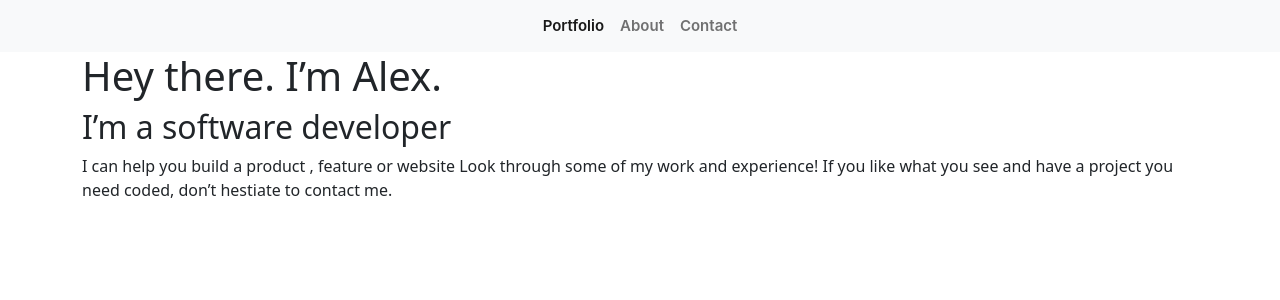
Repository: mustabbas/mustDico-Bootstrap
Page: index.html
These files come from the project's save history. The page is drawn as it stood at one moment and after the next save; the edit follows.
The browser window is 1280 px wide. The pictures show the whole page.

Above is the page before, as saved 2021-08-25 20:34:26.

### index.html
<!DOCTYPE html>
<html lang="en">
<head>
    <meta charset="UTF-8">
    <meta name="viewport" content="width=device-width, initial-scale=1.0">
    <meta http-equiv="X-UA-Compatible" content="ie=edge">
    <link rel="stylesheet" href="styles.css" />
    <title>MustDico's-Portfolio</title>
    <!-- CSS only -->
<link href="https://cdn.jsdelivr.net/npm/bootstrap@5.1.0/dist/css/bootstrap.min.css" rel="stylesheet" integrity="sha384-KyZXEAg3QhqLMpG8r+8fhAXLRk2vvoC2f3B09zVXn8CA5QIVfZOJ3BCsw2P0p/We" crossorigin="anonymous">
</head>
<body>
    <nav class="navbar navbar-expand-lg navbar-light bg-light">
        <div class="container-fluid">
          <button class="navbar-toggler" type="button" data-bs-toggle="collapse" data-bs-target="#navbarNav" aria-controls="navbarNav" aria-expanded="false" aria-label="Toggle navigation">
            <span class="navbar-toggler-icon"></span>
          </button>
          <div class="collapse navbar-collapse justify-content-center" id="navbarNav">
            <ul class="navbar-nav">
              <li class="nav-item">
                <a class="nav-link active" aria-current="page" href="#">Portfolio</a>
              </li>
              <li class="nav-item">
                <a class="nav-link" href="#">About</a>
              </li>
              <li class="nav-item">
                <a class="nav-link" href="#">Contact</a>
              </li>
            </ul>
          </div>
        </div>
      </nav>
      <section class="container justify-content-center">
            <h1>Hey there. I’m Alex.</h1>
            <h2>I’m a software developer</h2>
            <p> I can help you build a product , feature or website Look through some of my work and experience! If you like what you see and have a project you need coded,
                don’t hestiate to contact me.</p>
      </section>

    <!-- JavaScript Bundle with Popper -->
<script src="https://cdn.jsdelivr.net/npm/bootstrap@5.1.0/dist/js/bootstrap.bundle.min.js" integrity="sha384-U1DAWAznBHeqEIlVSCgzq+c9gqGAJn5c/t99JyeKa9xxaYpSvHU5awsuZVVFIhvj" crossorigin="anonymous"></script>
</body>
</html>

### styles.css

.nav-item {
    font-family: Inter;
    font-style: normal;
    font-weight: 600;
    font-size: 15px;
    line-height: 20px;
    color: #344563;
}

After the next save:
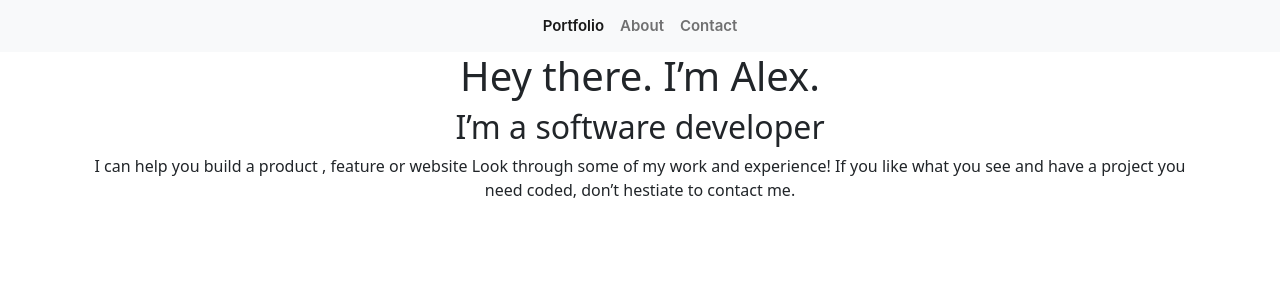
Saved 32 s later.
--- a/index.html
+++ b/index.html
@@ -31,9 +31,9 @@
         </div>
       </nav>
       <section class="container justify-content-center">
-            <h1>Hey there. I’m Alex.</h1>
-            <h2>I’m a software developer</h2>
-            <p> I can help you build a product , feature or website Look through some of my work and experience! If you like what you see and have a project you need coded,
+            <h1 class="text-center">Hey there. I’m Alex.</h1>
+            <h2 class="text-center">I’m a software developer</h2>
+            <p class="text-center"> I can help you build a product , feature or website Look through some of my work and experience! If you like what you see and have a project you need coded,
                 don’t hestiate to contact me.</p>
       </section>
 
